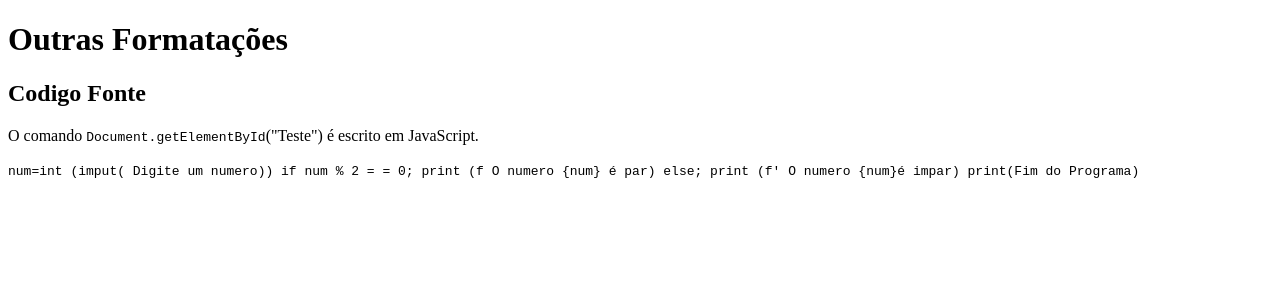
Repository: Guillermomarcon/exercicios
Page: ex009/index.html
An editor plug-in stored every save of this project. The page is shown before and after the next save, followed by the edit.
The browser window is 1280 px wide. The pictures show the whole page.

Above is the page before, as saved 2020-12-10 01:29:23.

After the next save:
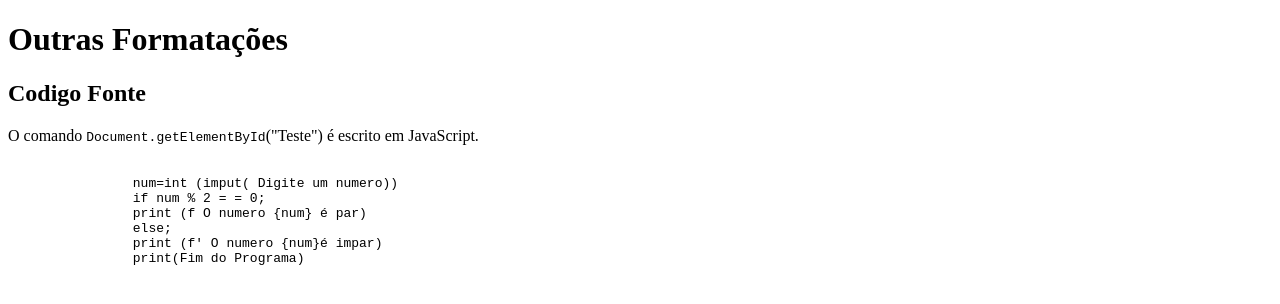
Saved 75 s later.
--- a/ex009/index.html
+++ b/ex009/index.html
@@ -10,14 +10,16 @@
     <h2>Codigo Fonte</h2>
     <p>O comando <code>Document.getElementById</code>("Teste") é escrito em JavaScript.</p>
     <p>
-        <code>
-            num=int (imput( Digite um numero))
-            if num % 2 = = 0;
-            print (f O numero {num} é par)
-            else;
-            print (f' O numero {num}é impar)
-            print(Fim do Programa)
-        </code>
+        <pre>
+            <code>
+                num=int (imput( Digite um numero))
+                if num % 2 = = 0;
+                print (f O numero {num} é par)
+                else;
+                print (f' O numero {num}é impar)
+                print(Fim do Programa)
+            </code>
+        </pre>
     </p>
 
 
